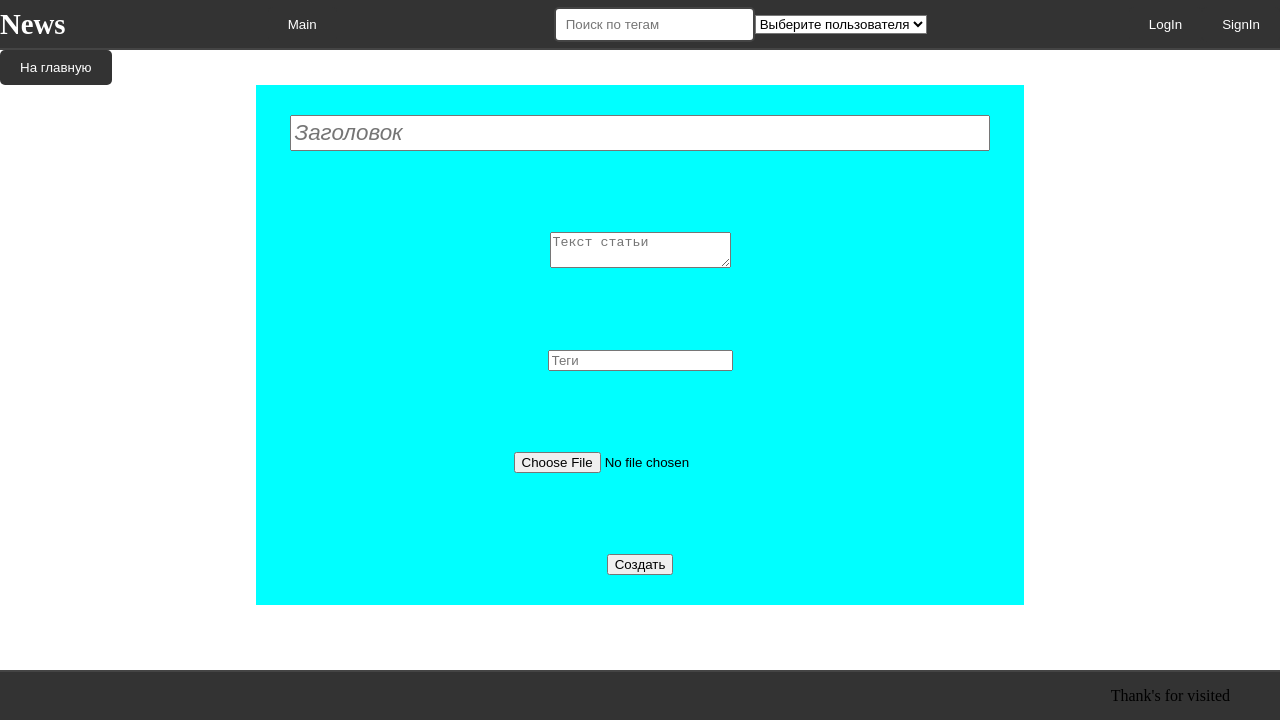
Repository: Igor-Blazhko/news_frontend
Page: /CreatePost
An editor plug-in stored every save of this project. The page is shown before and after the next save, followed by the edit.
The browser window is 1280 px wide. The pictures show the whole page.
The project was rebuilt for these pictures with package versions that can differ from the ones it lists, and the page was loaded fresh each time. Also part of the build but not shown: vite.config.ts, src/components/allPost/onePost/onePost.module.css, src/components/allPost/onePost/onePost.tsx, src/components/allPost/allPost.tsx, src/components/auth/logIn/login.module.css, src/components/auth/logIn/login.tsx, src/components/auth/register/register.tsx, src/components/pageOnePost/comments/comment.tsx and 2 more.

Above is the page before, as saved 2024-07-15 15:47:10.

After the next save:
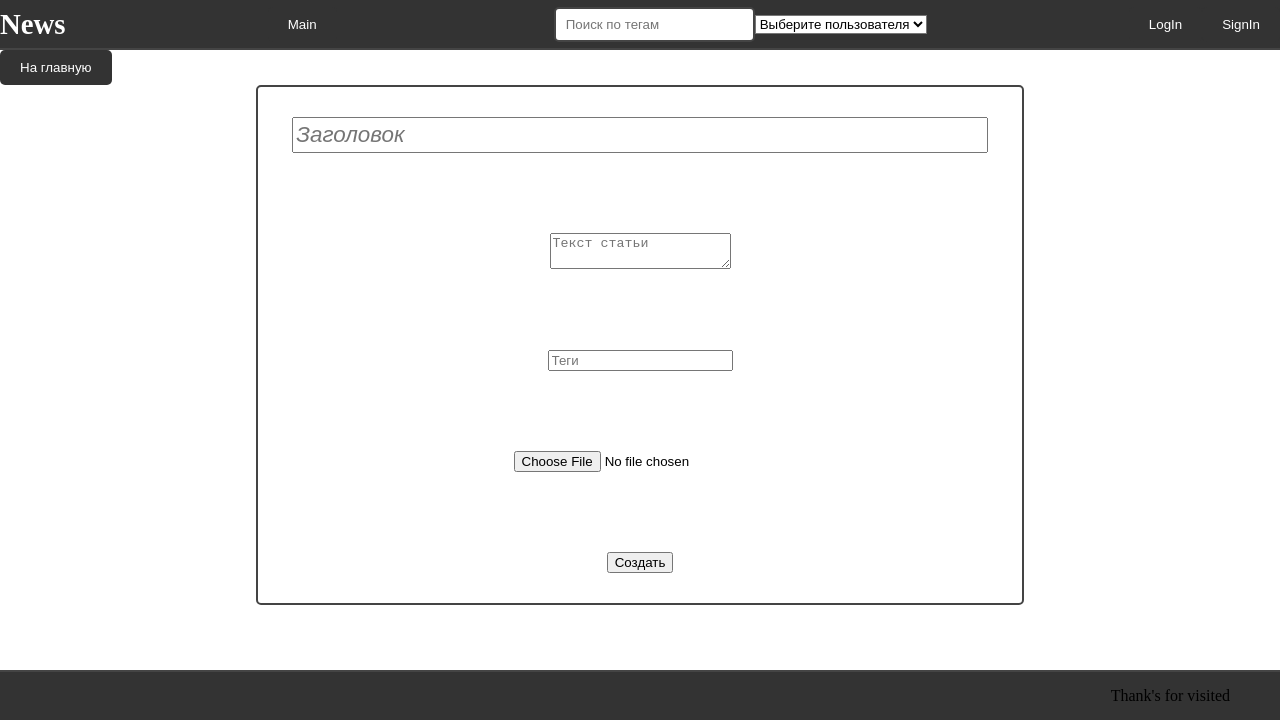
Saved 29 s later.
--- a/src/components/createPost/createPost.module.css
+++ b/src/components/createPost/createPost.module.css
@@ -1,5 +1,6 @@
 .form {
-    background-color: aqua;
+    border: 2px solid #444;
+    border-radius: 5px;
     width: 60%;
     height: calc(100vh - 200px);
     margin: 0 auto;
@@ -16,4 +17,5 @@
     height: 30px;
     font-size: 1.4em;
     font-style: italic;
+
 }
